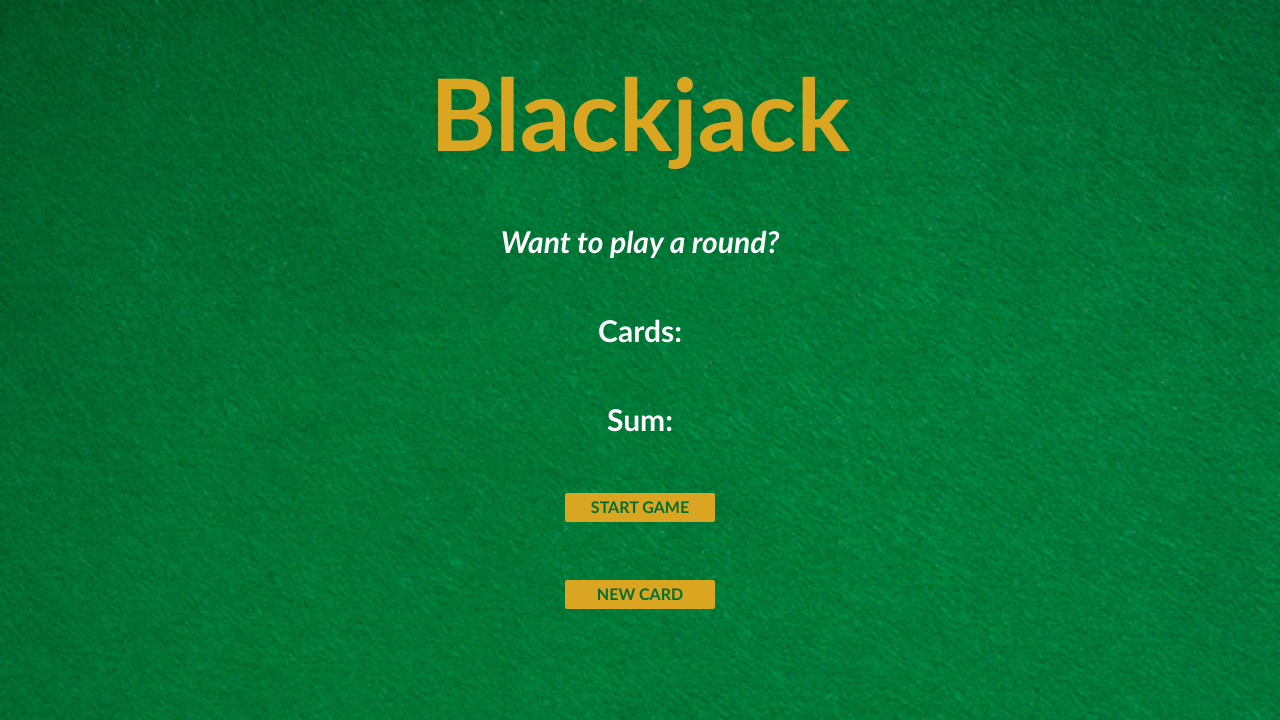
Repository: raghhavv03/javascript-practice
Page: task-5/index.html
These files come from the project's save history. The page is drawn as it stood at one moment and after the next save; the edit follows.
The browser window is 1280 px wide. The pictures show the whole page.

Above is the page before, as saved 2026-02-09 20:50:53.

After the next save:
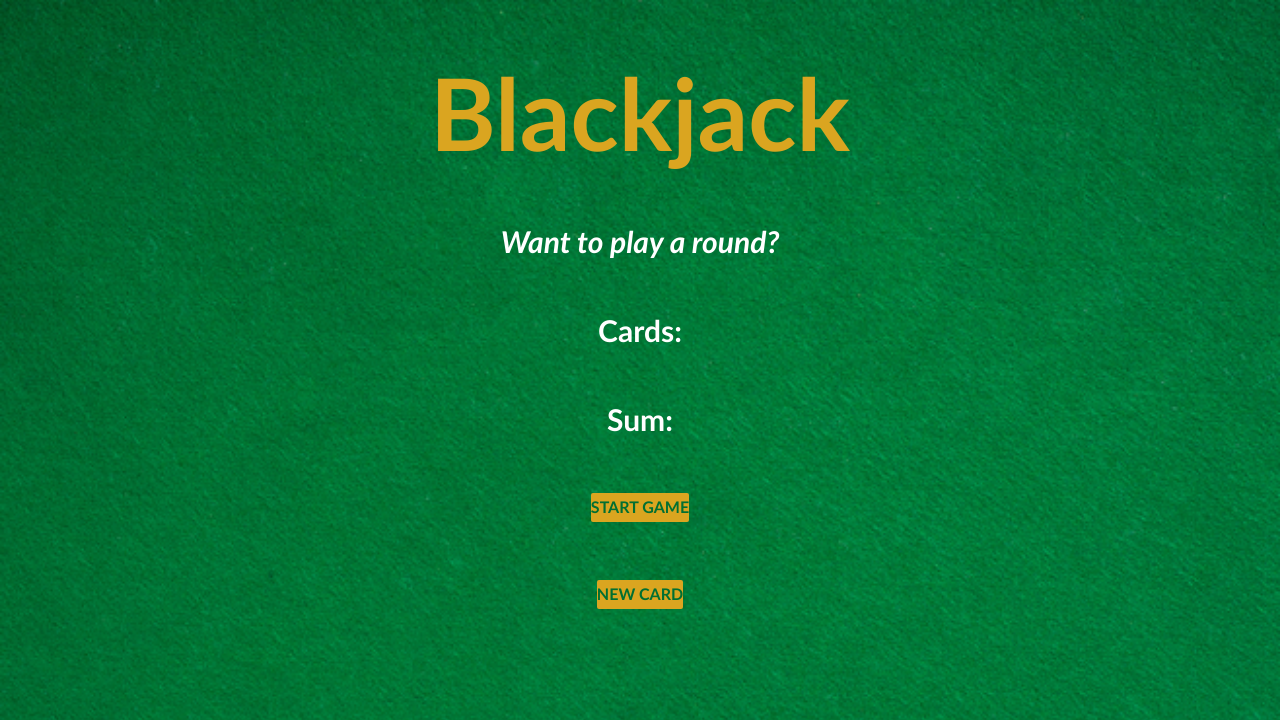
Saved 43 s later.
--- a/task-5/style.css
+++ b/task-5/style.css
@@ -33,7 +33,6 @@ body {
 
 button {
     color: #016f32;
-    width: 150px;
     background: goldenrod;
     padding-top: 5px;
     padding-bottom: 5px;
